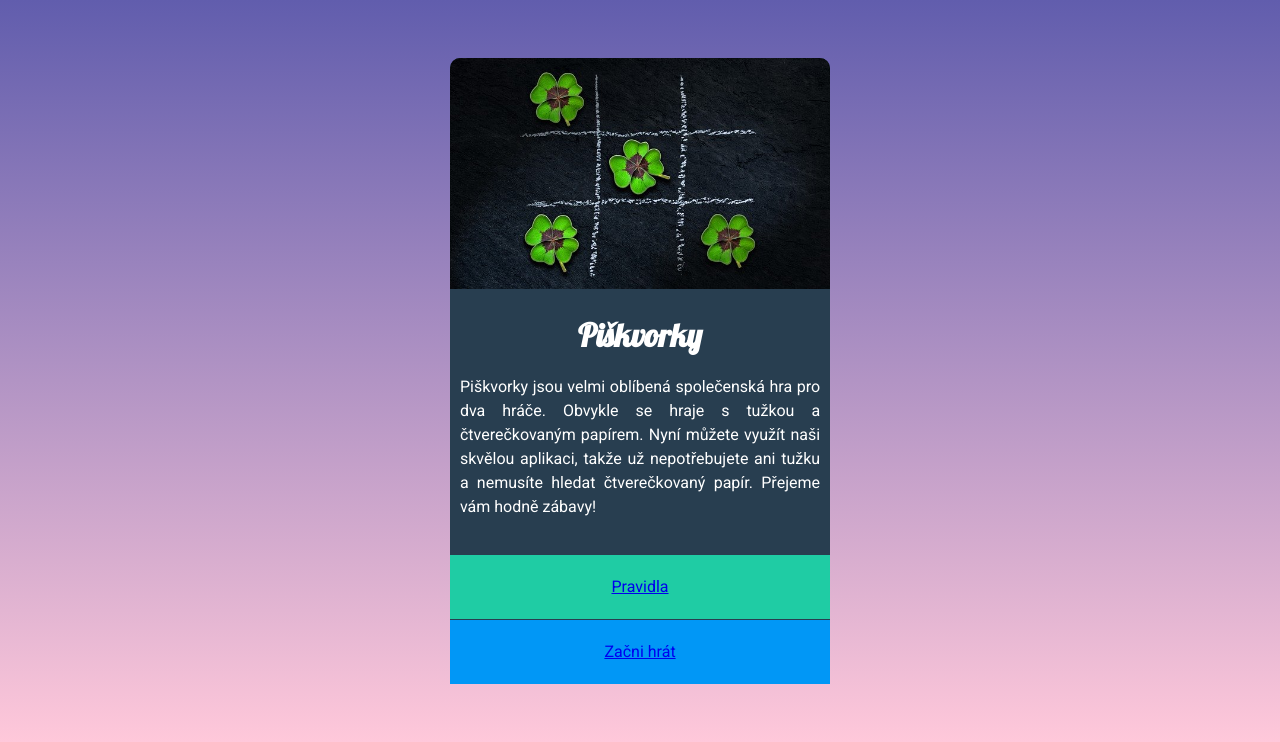
Repository: VerPro/piskvorky
Page: index.html
These files come from the project's save history. The page is drawn as it stood at one moment and after the next save; the edit follows.
The browser window is 1280 px wide. The pictures show the whole page.

Above is the page before, as saved 2021-03-24 21:41:15.

After the next save:
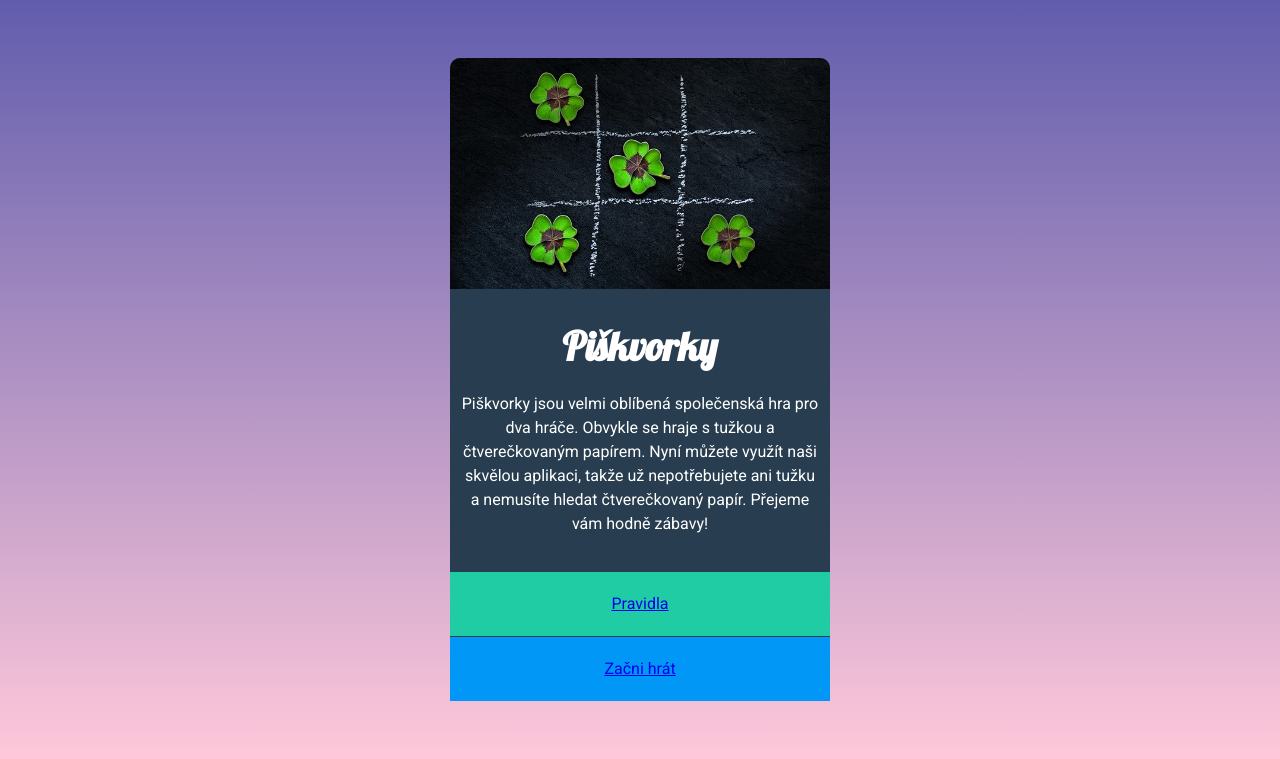
Saved 32 s later.
--- a/styly.css
+++ b/styly.css
@@ -16,10 +16,11 @@ h1 {
   font-family: 'Lobster', cursive;
   text-align: center;
   margin-bottom: 0;
+  font-size: 40px;
 }
 
 p {
-  text-align: justify;
+  text-align: center;
   width: 95%;
   padding-bottom: 20px;
 }
